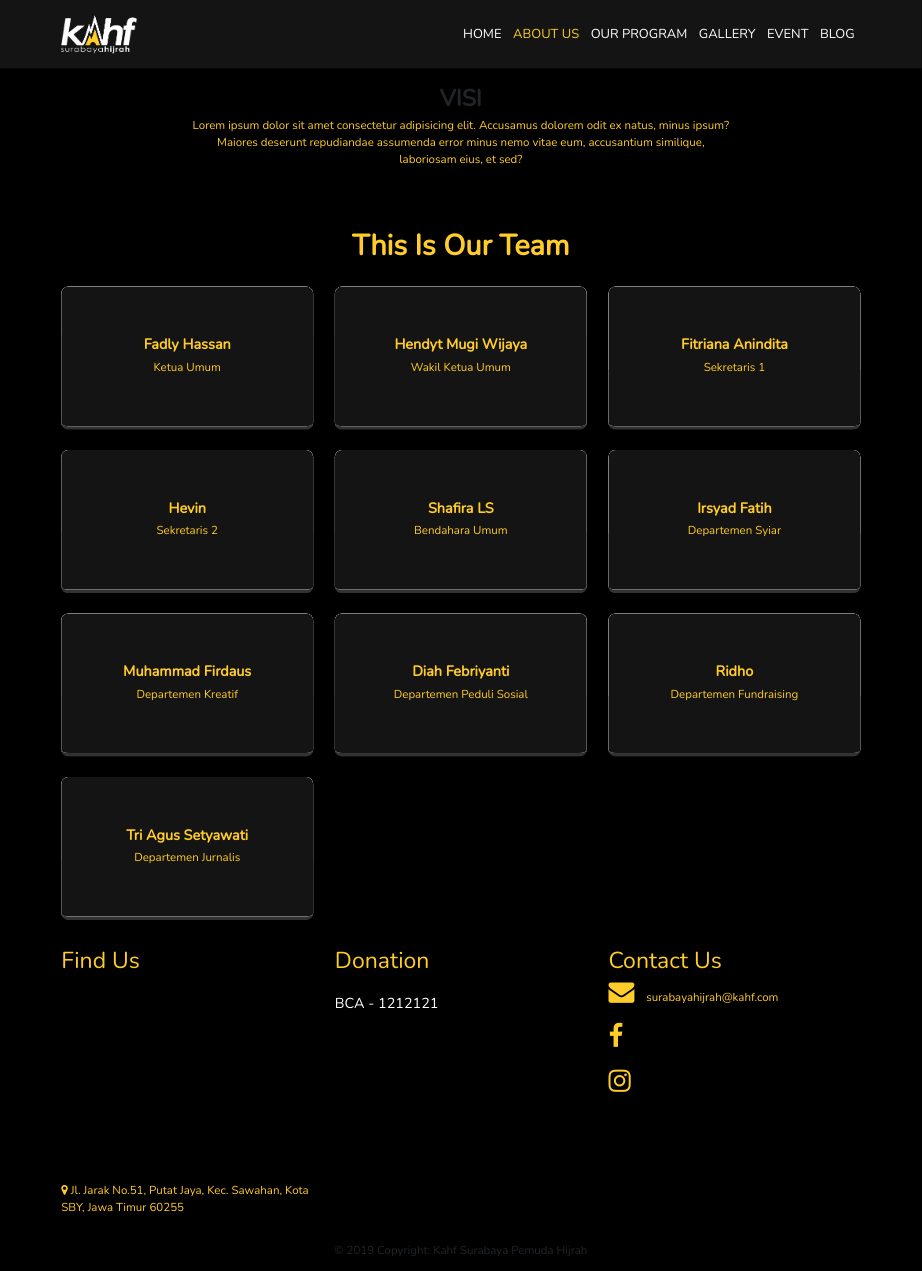
Repository: shandytp/surabaya-hijrah
Page: http://localhost/about.php
The author's editor kept a copy of each file at every save. The page is drawn from the files as they stood at one save, then again after the next save.
The browser window is 1280 px wide. The pictures show the whole page, at 72% of full size.
Pictures or frames that could not be fetched are drawn as grey boxes. Some web libraries are served in a nearby version. The page is run by PHP 8.4 with error messages shown; the project is at /var/www/html/.

Above is the page before, as saved 2019-08-20 14:15:32.
Console error: TypeError: Cannot read properties of undefined (reading 'fn')

### about.php
<!-- Tim IT Surabaya Hijrah
- Wisnu Aria Y (Project Leader & Front End Developer)
- Moch Shandy Tsalasa Putra (Front End Developer)
- Aryo Budilaksono (Back End Developer)
- Kelvin Adji Pangestu (Back End Developer)
-->

<!DOCTYPE html>
<html lang="en">
<head>
    <meta charset="UTF-8">
    <meta name="author" content="Wisnu Aria Y,Moch Shandy Tsalasa Putra">
    <meta name="viewport" content="width=device-width, initial-scale=1.0">
    <meta http-equiv="X-UA-Compatible" content="ie=edge">
    <!-- Favicon -->

    <link rel="shortcut icon" href="pictures/kahf.png" type="image/x-icon">
    <link rel="icon" href="pictures/favicon.ico" type="image/x-icon">

    <!-- Source CDN (Content Delivery Network) -->

    <!-- Navbar Bootstrap -->
    <link rel="stylesheet" href="https://maxcdn.bootstrapcdn.com/bootstrap/4.0.0-beta/css/bootstrap.min.css" integrity="sha384-/Y6pD6FV/Vv2HJnA6t+vslU6fwYXjCFtcEpHbNJ0lyAFsXTsjBbfaDjzALeQsN6M" crossorigin="anonymous">
    <script src="//maxcdn.bootstrapcdn.com/bootstrap/4.0.0/js/bootstrap.min.js"></script>
    <script src="//code.jquery.com/jquery-1.11.1.min.js"></script>

    <!-- Icon-icon -->
    <link rel="stylesheet" href="https://stackpath.bootstrapcdn.com/font-awesome/4.7.0/css/font-awesome.min.css">

    <!-- About Us -->


    <!-- Main CSS -->
    <link rel="stylesheet" href="css/main.css">

    <!-- Title -->
    <title>About Us</title>
</head>
<body>
    <!-- Navbar -->
<header>
       <nav class="navbar navbar-expand-lg navbar-light bg-dark text-light py-3 main-nav">
          <div class="container">
            <a class="navbar-brand " href="index.php"><img src="pictures/kahflogo.png" width="105" height="52.5" alt="Kahf Logo"></a>
              <button class="navbar-toggler" type="button" data-toggle="collapse" data-target="#navbarSupportedContent" aria-controls="navbarSupportedContent" aria-expanded="false" aria-label="Toggle navigation">
                <span class="navbar-toggler-icon"></span>
              </button>

              <div class="collapse navbar-collapse " id="navbarSupportedContent">
                <ul class="navbar-nav ml-auto">
                <!-- Active itu buat halaman yang sedang dikunjungi -->
                  <li class="nav-item ">
                    <a class="nav-link link-3" href="index.php">Home <span class="sr-only">(current)</span></a>
                  </li>
                  <li class="nav-item active">
                    <a class="nav-link  link-3" href="about.php">About Us</a>
                  </li>
                  <li class="nav-item ">
                    <a class="nav-link link-3" href="ourprogram.php">Our Program</a>
                  </li>
                  <li class="nav-item">
                    <a class="nav-link link-3" href="gallery.php">Gallery</a>
                  </li>
                  <li class="nav-item">
                    <a class="nav-link link-3" href="event.php">Event</a>
                  </li>
                  <li class="nav-item">
                    <a class="nav-link link-3" href="blog.php">Blog</a>
                  </li>
                </ul>
              </div>
          </div>
        </nav>
    </header>

    <!-- Optional JavaScript -->
    <!-- jQuery first, then Popper.js, then Bootstrap JS -->
    <script src="https://code.jquery.com/jquery-3.2.1.slim.min.js" integrity="sha384-KJ3o2DKtIkvYIK3UENzmM7KCkRr/rE9/Qpg6aAZGJwFDMVNA/GpGFF93hXpG5KkN" crossorigin="anonymous"></script>
    <script src="https://cdnjs.cloudflare.com/ajax/libs/popper.js/1.11.0/umd/popper.min.js" integrity="sha384-b/U6ypiBEHpOf/4+1nzFpr53nxSS+GLCkfwBdFNTxtclqqenISfwAzpKaMNFNmj4" crossorigin="anonymous"></script>
    <script src="https://maxcdn.bootstrapcdn.com/bootstrap/4.0.0-beta/js/bootstrap.min.js" integrity="sha384-h0AbiXch4ZDo7tp9hKZ4TsHbi047NrKGLO3SEJAg45jXxnGIfYzk4Si90RDIqNm1" crossorigin="anonymous"></script>

    <script src="js/navbar.js"></script>


    <!-- About Us -->
  <br>
  <h2 class="text-center"><strong>VISI</strong></h2>
  <div>
  <p class="text-center">Lorem ipsum dolor sit amet consectetur adipisicing elit. Accusamus dolorem odit ex natus, minus ipsum?
    <br> Maiores deserunt repudiandae assumenda error minus nemo vitae eum, accusantium similique,
    <br>  laboriosam eius, et sed?</p>
</div>


  <br/>
  <div class="container">
    <h1 class="text-center">This Is Our Team</h1>
  <div class="row">

  <!--team-1-->
  <div class="col-lg-4">
  <div class="our-team-main">

  <div class="team-front">
  <h3>Fadly Hassan</h3>
  <p>Ketua Umum</p>
  </div>

  <div class="team-back">
  <span class="back-content">
  Dhif jalok tolong ojok dadi wibu koyok tepe

  </span>
    <div class="text-center">
    <!-- just add href= for your links, like this: -->
    <a href="http://facebook.com" class="btn btn-social-icon btn-facebook">
    <i class="fa fa-facebook"></i></a>
    <a href="http://instagram.com" class="btn btn-social-icon btn-instagram"><i class="fa fa-instagram"></i></a>
    <a class="btn btn-social-icon btn-linkedin"><i class="fa fa-linkedin"></i></a>

    <a class="btn btn-social-icon btn-twitter"><i class="fa fa-twitter"></i></a>

  </div>
  </div>

  </div>
  </div>
  <!--team-1-->

 <div class="col-lg-4">
  <div class="our-team-main">

  <div class="team-front">
  <h3>Hendyt Mugi Wijaya</h3>
  <p>Wakil Ketua Umum</p>
  </div>

  <div class="team-back">
  <span class="back-content">
  pengen vapor

  </span>
    <div class="text-center">
    <!-- just add href= for your links, like this: -->
    <a href="http://facebook.com" class="btn btn-social-icon btn-facebook">
    <i class="fa fa-facebook"></i></a>
    <a href="http://instagram.com" class="btn btn-social-icon btn-instagram"><i class="fa fa-instagram"></i></a>
    <a class="btn btn-social-icon btn-linkedin"><i class="fa fa-linkedin"></i></a>

    <a class="btn btn-social-icon btn-twitter"><i class="fa fa-twitter"></i></a>

  </div>
  </div>

  </div>
  </div>


  <!--team-1-->
  <div class="col-lg-4">
  <div class="our-team-main">

  <div class="team-front">
  <h3>Fitriana Anindita</h3>
  <p>Sekretaris 1</p>
  </div>

  <div class="team-back">
  <span>
  Lorem ipsum dolor sit amet, consectetuer adipiscing elit. Aenean commodo ligula eget dolor. Aenean massa. Cum sociis
  </span>
     <div class="text-center">
    <!-- just add href= for your links, like this: -->
    <a href="http://facebook.com" class="btn btn-social-icon btn-facebook">
    <i class="fa fa-facebook"></i></a>

    <a class="btn btn-social-icon btn-github"><i class="fa fa-github"></i></a>
    <a class="btn btn-social-icon btn-google-plus"><i class="fa fa-google-plus"></i></a>
    <a class="btn btn-social-icon btn-instagram"><i class="fa fa-instagram"></i></a>
    <a class="btn btn-social-icon btn-linkedin"><i class="fa fa-linkedin"></i></a>

    <a class="btn btn-social-icon btn-twitter"><i class="fa fa-twitter"></i></a>

  </div>
  </div>

  </div>
  </div>

  <!--team-1-->
  <div class="col-lg-4">
  <div class="our-team-main">

  <div class="team-front">
  <h3>Hevin</h3>
  <p>Sekretaris 2</p>
  </div>

  <div class="team-back">
  <span>
  Lorem ipsum dolor sit amet, consectetuer adipiscing elit. Aenean commodo ligula eget dolor. Aenean massa. Cum sociis
  </span>
     <div class="text-center">
    <!-- just add href= for your links, like this: -->
    <a href="http://facebook.com" class="btn btn-social-icon btn-facebook">
    <i class="fa fa-facebook"></i></a>

    <a class="btn btn-social-icon btn-github"><i class="fa fa-github"></i></a>
    <a class="btn btn-social-icon btn-google-plus"><i class="fa fa-google-plus"></i></a>
    <a class="btn btn-social-icon btn-instagram"><i class="fa fa-instagram"></i></a>
    <a class="btn btn-social-icon btn-linkedin"><i class="fa fa-linkedin"></i></a>

    <a class="btn btn-social-icon btn-twitter"><i class="fa fa-twitter"></i></a>

  </div>
  </div>

  </div>
  </div>

  <!--team-1-->
  <div class="col-lg-4">
  <div class="our-team-main">

  <div class="team-front">
  <h3>Shafira LS</h3>
  <p>Bendahara Umum</p>
  </div>

  <div class="team-back">
  <span>
  Lorem ipsum dolor sit amet, consectetuer adipiscing elit. Aenean commodo ligula eget dolor. Aenean massa. Cum sociis
  </span>
     <div class="text-center">
    <!-- just add href= for your links, like this: -->
    <a href="http://facebook.com" class="btn btn-social-icon btn-facebook">
    <i class="fa fa-facebook"></i></a>

    <a class="btn btn-social-icon btn-github"><i class="fa fa-github"></i></a>
    <a class="btn btn-social-icon btn-google-plus"><i class="fa fa-google-plus"></i></a>
    <a class="btn btn-social-icon btn-instagram"><i class="fa fa-instagram"></i></a>
    <a class="btn btn-social-icon btn-linkedin"><i class="fa fa-linkedin"></i></a>

    <a class="btn btn-social-icon btn-twitter"><i class="fa fa-twitter"></i></a>

  </div>
  </div>

  </div>
  </div>

  <!--team-1-->
  <div class="col-lg-4">
  <div class="our-team-main">

  <div class="team-front">
  <h3>Irsyad Fatih</h3>
  <p>Departemen Syiar</p>
  </div>

  <div class="team-back">
  <span>
  Lorem ipsum dolor sit amet, consectetuer adipiscing elit. Aenean commodo ligula eget dolor. Aenean massa. Cum sociis
  </span>
     <div class="text-center">
    <!-- just add href= for your links, like this: -->
    <a href="http://facebook.com" class="btn btn-social-icon btn-facebook">
    <i class="fa fa-facebook"></i></a>

    <a class="btn btn-social-icon btn-github"><i class="fa fa-github"></i></a>
    <a class="btn btn-social-icon btn-google-plus"><i class="fa fa-google-plus"></i></a>
    <a class="btn btn-social-icon btn-instagram"><i class="fa fa-instagram"></i></a>
    <a class="btn btn-social-icon btn-linkedin"><i class="fa fa-linkedin"></i></a>

    <a class="btn btn-social-icon btn-twitter"><i class="fa fa-twitter"></i></a>

  </div>
  </div>

  </div>
  </div>

  <!--team-1-->
  <div class="col-lg-4">
  <div class="our-team-main">

  <div class="team-front">
  <h3>Muhammad Firdaus</h3>
  <p>Departemen Kreatif</p>
  </div>

  <div class="team-back">
  <span>
  Lorem ipsum dolor sit amet, consectetuer adipiscing elit. Aenean commodo ligula eget dolor. Aenean massa. Cum sociis
  </span>
     <div class="text-center">
    <!-- just add href= for your links, like this: -->
    <a href="http://facebook.com" class="btn btn-social-icon btn-facebook">
    <i class="fa fa-facebook"></i></a>

    <a class="btn btn-social-icon btn-github"><i class="fa fa-github"></i></a>
    <a class="btn btn-social-icon btn-google-plus"><i class="fa fa-google-plus"></i></a>
    <a class="btn btn-social-icon btn-instagram"><i class="fa fa-instagram"></i></a>
    <a class="btn btn-social-icon btn-linkedin"><i class="fa fa-linkedin"></i></a>

    <a class="btn btn-social-icon btn-twitter"><i class="fa fa-twitter"></i></a>

  </div>
  </div>

  </div>
  </div>

  <!--team-1-->
  <div class="col-lg-4">
  <div class="our-team-main">

  <div class="team-front">
  <h3>Diah Febriyanti</h3>
  <p>Departemen Peduli Sosial</p>
  </div>

  <div class="team-back">
  <span>
  Lorem ipsum dolor sit amet, consectetuer adipiscing elit. Aenean commodo ligula eget dolor. Aenean massa. Cum sociis
  </span>
     <div class="text-center">
    <!-- just add href= for your links, like this: -->
    <a href="http://facebook.com" class="btn btn-social-icon btn-facebook">
    <i class="fa fa-facebook"></i></a>

    <a class="btn btn-social-icon btn-github"><i class="fa fa-github"></i></a>
    <a class="btn btn-social-icon btn-google-plus"><i class="fa fa-google-plus"></i></a>
    <a class="btn btn-social-icon btn-instagram"><i class="fa fa-instagram"></i></a>
    <a class="btn btn-social-icon btn-linkedin"><i class="fa fa-linkedin"></i></a>

    <a class="btn btn-social-icon btn-twitter"><i class="fa fa-twitter"></i></a>

  </div>
  </div>

  </div>
  </div>

  <!--team-1-->
  <div class="col-lg-4">
  <div class="our-team-main">

  <div class="team-front">
  <h3>Ridho</h3>
  <p>Departemen Fundraising</p>
  </div>

  <div class="team-back">
  <span>
  Lorem ipsum dolor sit amet, consectetuer adipiscing elit. Aenean commodo ligula eget dolor. Aenean massa. Cum sociis
  </span>
     <div class="text-center">
    <!-- just add href= for your links, like this: -->
    <a href="http://facebook.com" class="btn btn-social-icon btn-facebook">
    <i class="fa fa-facebook"></i></a>

    <a class="btn btn-social-icon btn-github"><i class="fa fa-github"></i></a>
    <a class="btn btn-social-icon btn-google-plus"><i class="fa fa-google-plus"></i></a>
    <a class="btn btn-social-icon btn-instagram"><i class="fa fa-instagram"></i></a>
    <a class="btn btn-social-icon btn-linkedin"><i class="fa fa-linkedin"></i></a>

    <a class="btn btn-social-icon btn-twitter"><i class="fa fa-twitter"></i></a>

  </div>
  </div>

  </div>
  </div>

  <!--team-1-->
  <div class="col-lg-4">
  <div class="our-team-main">

  <div class="team-front">
  <h3>Tri Agus Setyawati</h3>
  <p>Departemen Jurnalis</p>
  </div>

  <div class="team-back">
  <span>
  Lorem ipsum dolor sit amet, consectetuer adipiscing elit. Aenean commodo ligula eget dolor. Aenean massa. Cum sociis
  </span>
     <div class="text-center">
    <!-- just add href= for your links, like this: -->
    <a href="http://facebook.com" class="btn btn-social-icon btn-facebook">
    <i class="fa fa-facebook"></i></a>

    <a class="btn btn-social-icon btn-github"><i class="fa fa-github"></i></a>
    <a class="btn btn-social-icon btn-google-plus"><i class="fa fa-google-plus"></i></a>
    <a class="btn btn-social-icon btn-instagram"><i class="fa fa-instagram"></i></a>
    <a class="btn btn-social-icon btn-linkedin"><i class="fa fa-linkedin"></i></a>

    <a class="btn btn-social-icon btn-twitter"><i class="fa fa-twitter"></i></a>

  </div>
  </div>

  </div>
  </div>

</div>
<!--     row end -->
</div>
<!-- container end -->

<!-- Footer -->
<footer>
        <div class="container">
          <div class="row">
            <div class="col-md-8 col-sm-8">
              <div class="row footer-menu">
                <!-- Find Us Location -->
                <div class="col-md-6 col-xs-12">
                  <h2 class="footer">
                    Find Us
                  </h2>
                    <div class="embed-responsive embed-responsive-4by3">
                      <iframe src="https://www.google.com/maps/embed?pb=!1m18!1m12!1m3!1d3957.6525253721115!2d112.71829691354493!3d-7.2803191735654424!2m3!1f0!2f0!3f0!3m2!1i1024!2i768!4f13.1!3m3!1m2!1s0x2dd7fba2c2498407%3A0xcd27f60f463c0dfd!2sRuang+Harapan-Kahf+Surabaya+Hijrah!5e0!3m2!1sid!2sid!4v1565593698302!5m2!1sid!2sid" width="425" height="350" frameborder="0" style="border:0" allowfullscreen>
                      </iframe>
                    </div>
                    <a href="https://g.page/surabayahijrah?share"
                        target="_blank"><i class="fa fa-map-marker" aria-hidden="true"></i> Jl. Jarak No.51, Putat Jaya, Kec. Sawahan, Kota SBY, Jawa Timur 60255</a>
                </div>
                <div class="col-md-6 col-xs-12">
                  <h2 class="footer">Donation</h2>
                  <br>
                  <h5>BCA - 1212121</h5>
                </div>
              </div>
            </div>
            <div class="col-md-4 col-sm-4">
              <h2 class="footer">Contact Us</h2>
              <ul class="follow-us clearfix">
                  <li><a href="#"><i class="fa fa-envelope" aria-hidden="true" style="font-size:36px"></i>&nbsp;&nbsp;&nbsp;&nbsp;surabayahijrah@kahf.com</a><a href="#"></a></li>
                  <br>
                  <li><a href="#"><i class="fa fa-facebook" aria-hidden="true" style="font-size:36px"></i></a></li>
                  <br>
                  <li><a href="#"><i class="fa fa-instagram" aria-hidden="true" style="font-size:36px"></i></a></li>
            </ul>
            </div>
          </div>
        </div>

          <!-- Copyright -->
        <div class="footer-copyright text-center py-3">© 2019 Copyright: Kahf Surabaya Pemuda Hijrah</div>
  <!-- Copyright -->
</footer>
</body>
</html>

Loaded but not shown: js/navbar.js (11 lines, source omitted); css/main.css (467 lines, source omitted)

After the next save:
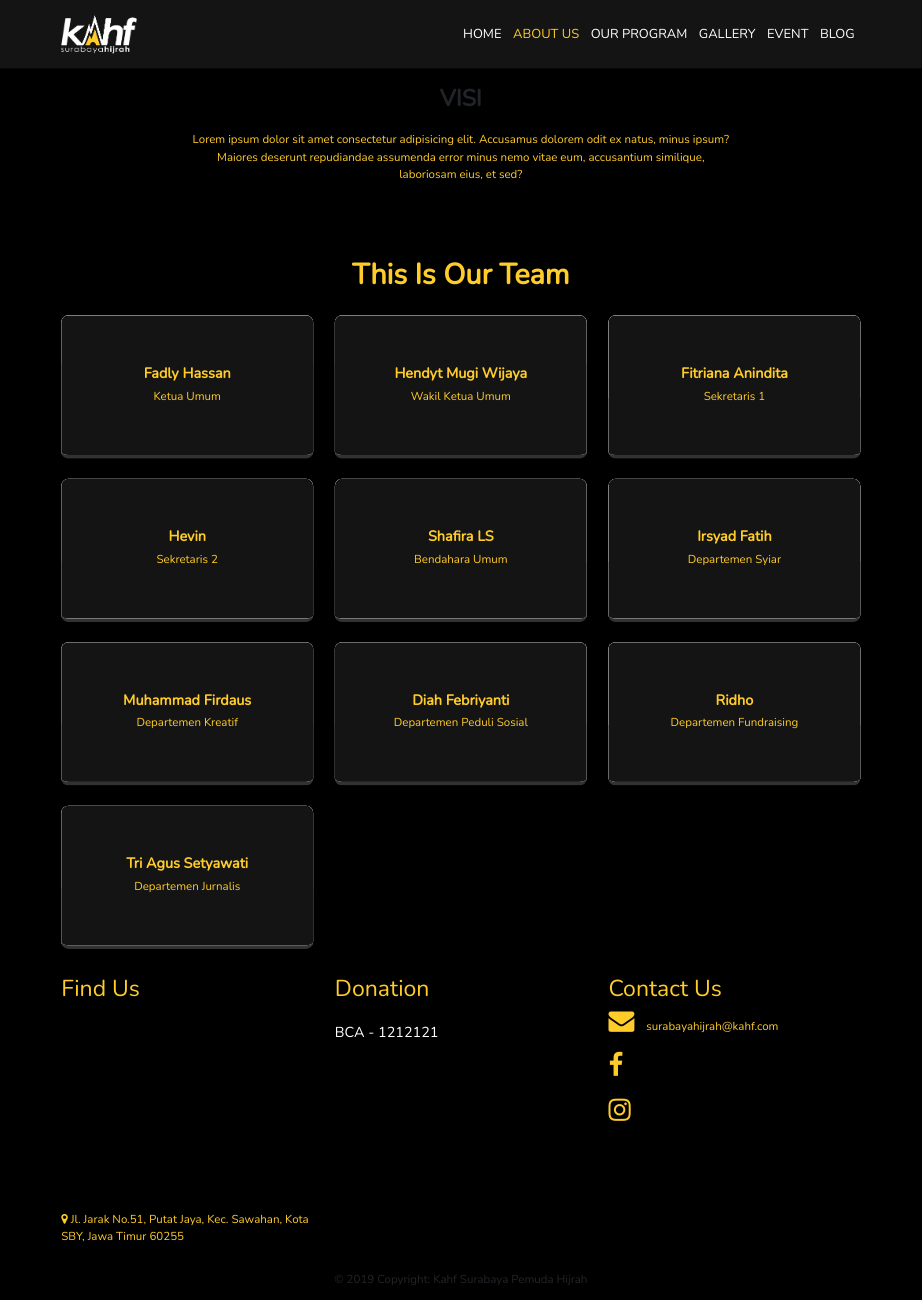
Saved 27 s later.
--- a/about.php
+++ b/about.php
@@ -85,7 +85,7 @@
     <!-- About Us -->
   <br>
   <h2 class="text-center"><strong>VISI</strong></h2>
-  <div>
+  <div class="visi">
   <p class="text-center">Lorem ipsum dolor sit amet consectetur adipisicing elit. Accusamus dolorem odit ex natus, minus ipsum?
     <br> Maiores deserunt repudiandae assumenda error minus nemo vitae eum, accusantium similique,
     <br>  laboriosam eius, et sed?</p>
